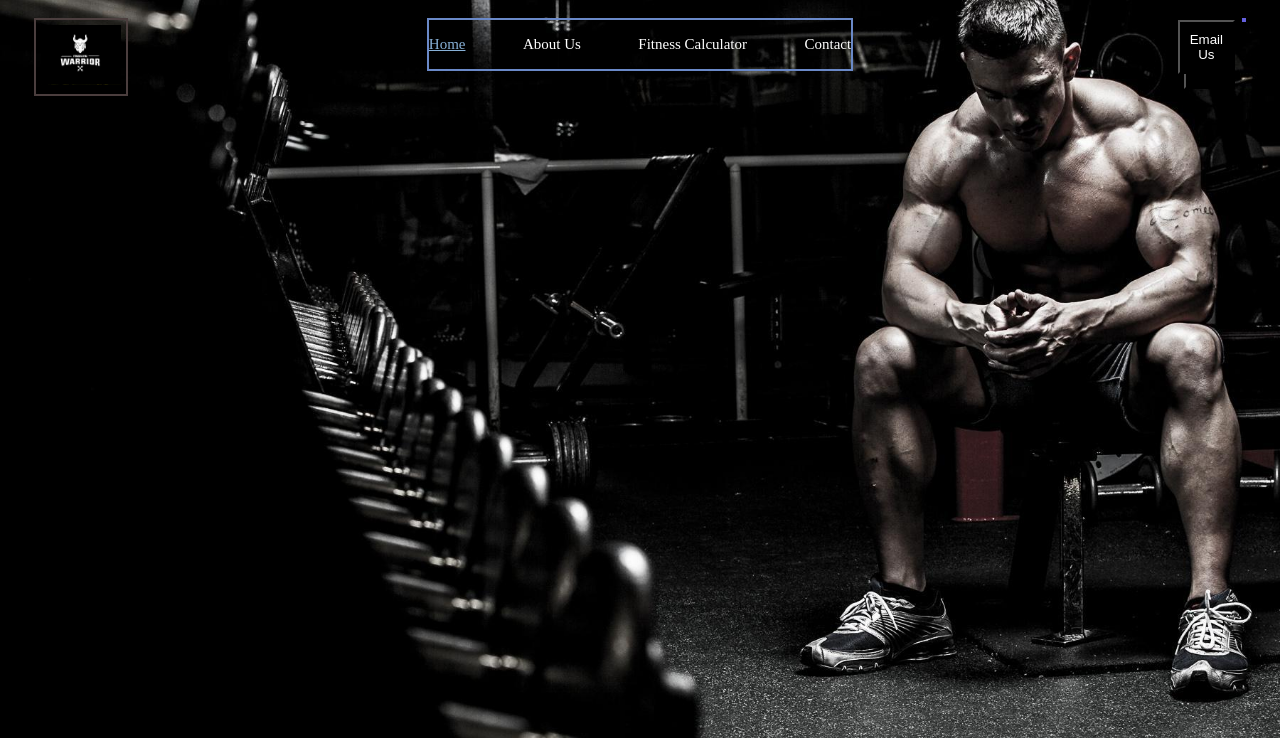
Repository: asthaasquare/project-1
Page: project-1/index.html
The author's editor kept a copy of each file at every save. The page is drawn from the files as they stood at one save, then again after the next save.
The browser window is 1280 px wide. The pictures show the whole page.

Above is the page before, as saved 2024-05-09 16:39:58.

### project-1/index.html
<!DOCTYPE html>
<html lang="en">
<head>
  <meta charset="UTF-8" />
  <meta name="viewport" content="width=device-width, initial-scale=1.0" />
  <title>Fit World</title>
  <style>
    body {
      color: white;
      margin: 0;
      padding: 0;
      background-image: url("img/1087639.jpg");
      background-size: cover; /* This will make sure the image covers the entire background */
      background-position: center; /* This will center the image within the container */
      height: 100vh; /* This will set the height of the background to the viewport height */
    }

    .left {
      border: 2px double rgb(75, 62, 62);
      display: inline-block;
      position: absolute;
      top: 0px;
      left: 34px;
      padding: 5px; /* Add some padding around the logo */
    }

    .left img {
      width: 80px;
      height: auto; /* Maintain aspect ratio */
    }

    .mid {
      margin: 18px auto;
      display: block;
      width: 33%;
      border: 2px double rgb(106, 137, 200);
    }

    .right {
      position: absolute;
      display: inline-block;
      border: 2px double rgb(100, 96, 222);
      top: 0px;
      right: 34px;
    }



    .navbar {
      display: flex; /* Use flexbox for better alignment */
      justify-content: space-between; /* Distribute items evenly across the container */
      align-items: center; /* Center items vertically */
      padding: 0;
    }

    .navbar li {
      font-size: 15px;
      list-style: none; /* Remove default list styles */
      margin-right: 20px; /* Add some spacing between navbar items */
    }

    .navbar li a {
      color: white;
      text-decoration: none;
    }

    .navbar li a:hover,
    .navbar li a.active {
      text-decoration: underline;
      color: rgb(136, 177, 215);
    }

    .navbar li:last-child {
      margin-right: 0; /* Remove margin from the last navbar item */
    }

    .header {
      position: relative; /* Set position to relative to allow absolute positioning of child elements */
    }

    .btn{
      margin: 0px 9px;
      color: white;
      background-color: black;
      position: absolute;
      top: 0;
  right: 0;
  padding: 10px;


    }
  </style>
</head>
<link rel="stylesheet" href="css/style.css" />
<body>
  <header class="header">
    <div class="left">
      <img src="img/logo.jpg" alt="Logo" />
    </div>
    <div class="mid">
      <ul class="navbar">
        <li><a href="#" class="active">Home</a></li>
        <li><a href="#">About Us</a></li>
        <li><a href="#">Fitness Calculator</a></li>
        <li><a href="#">Contact</a></li>
      </ul>
    </div>
    <div class="right">
       <button class="btn">Call Us Now</button>
       <button class="btn">Email Us</button>
    </div>
  </header>
</body>
</html>

Loaded but not shown: project-1/css/style.css (no stored copy; drawn as an empty file)

After the next save:
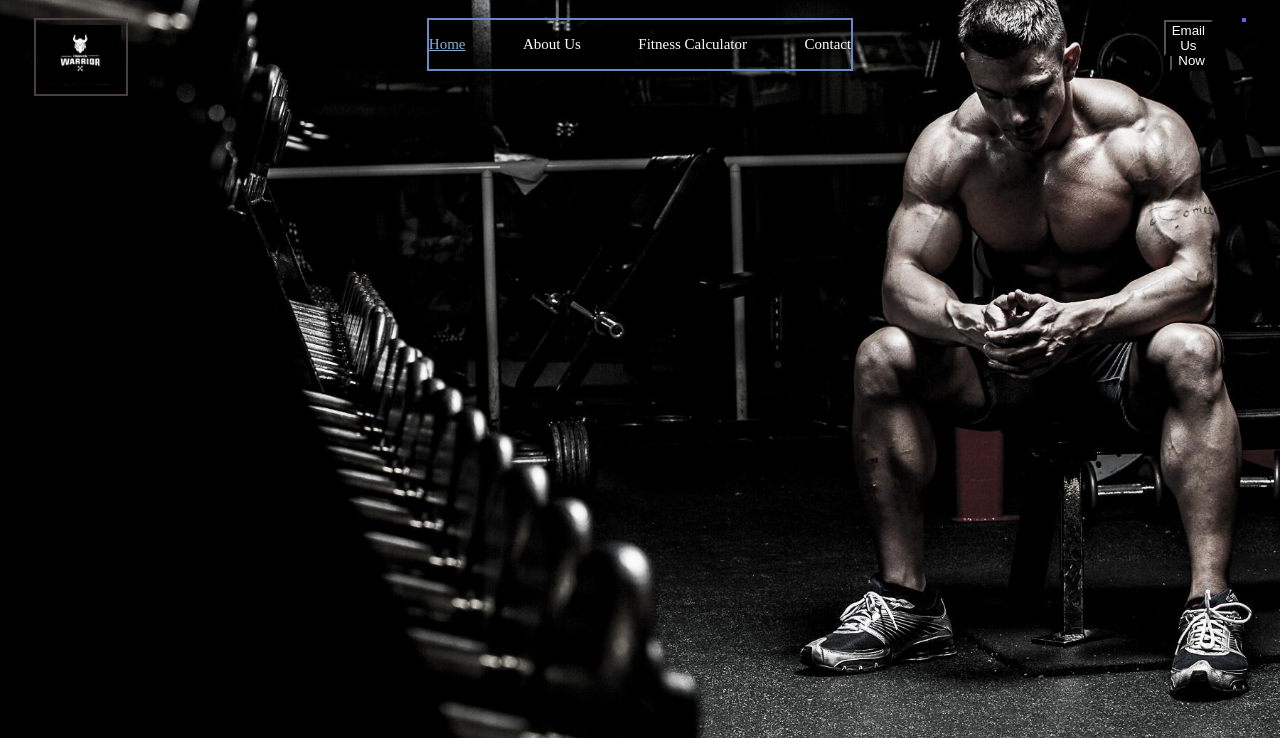
Saved 6 s later.
--- a/project-1/index.html
+++ b/project-1/index.html
@@ -83,9 +83,7 @@
       color: white;
       background-color: black;
       position: absolute;
-      top: 0;
-  right: 0;
-  padding: 10px;
+      right: 22px;
 
 
     }
